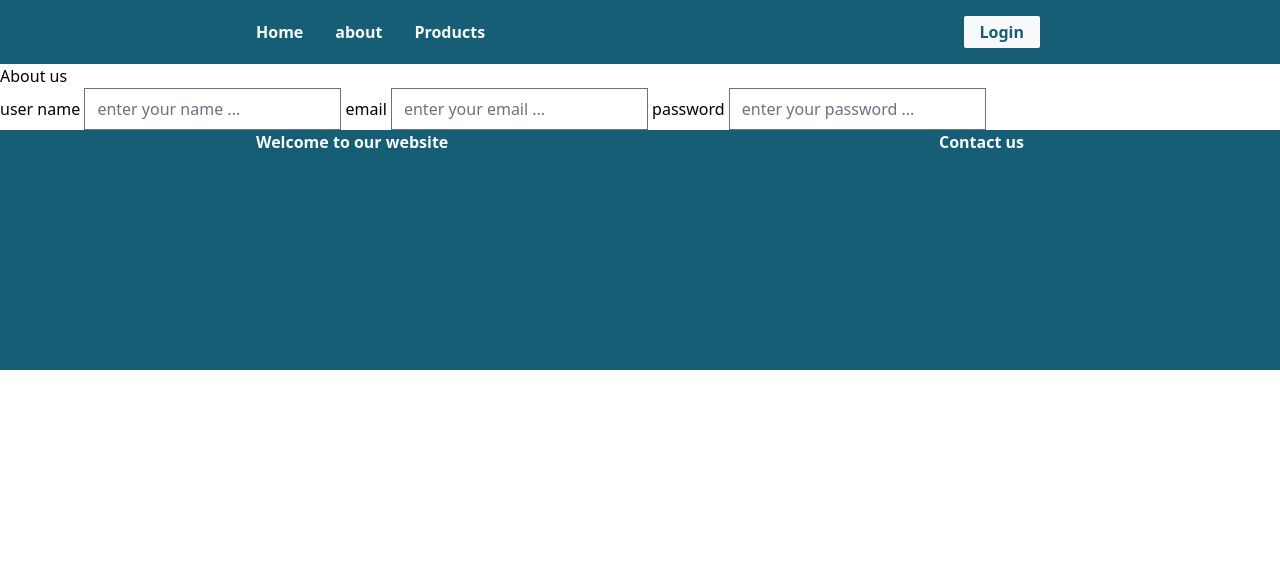
Repository: Sanaa00/svelte-test
Page: /About
These files come from the project's save history. The page is drawn as it stood at one moment and after the next save; the edit follows.
The browser window is 1280 px wide. The pictures show the whole page.
The project was rebuilt for these pictures with package versions that can differ from the ones it lists, and the page was loaded fresh each time. The framework's server and built-in components were replaced by stand-ins that run in the browser. Also part of the build but not shown: svelte.config.js, vite.config.js.

Above is the page before, as saved 2024-12-10 19:34:26.

After the next save:
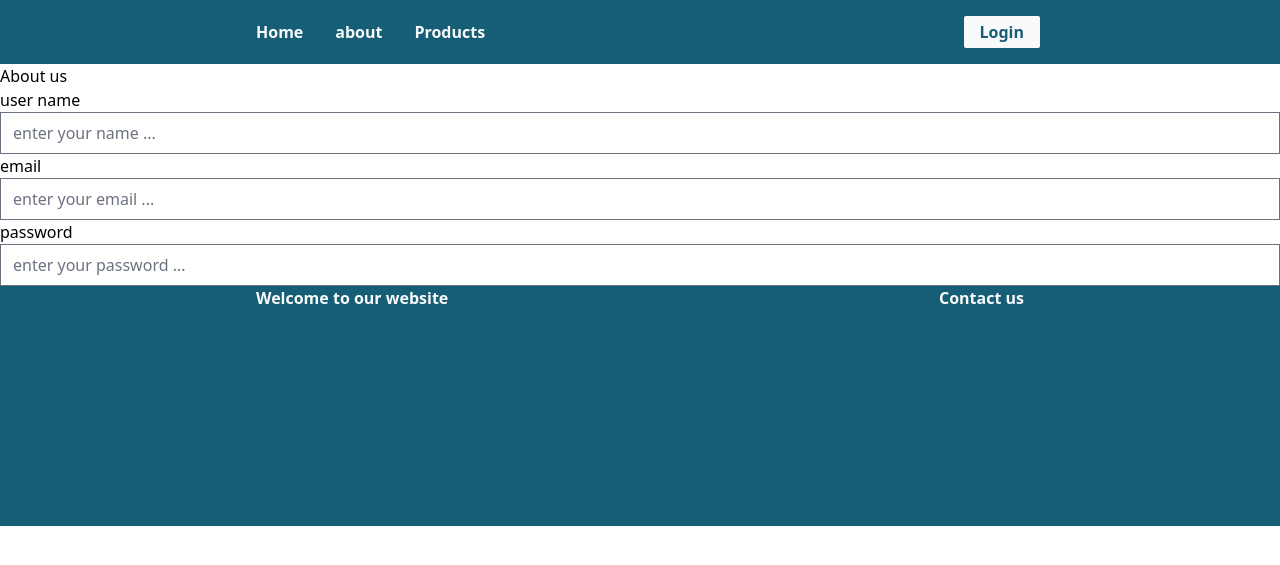
Saved 13 s later.
--- a/src/routes/About/+page.svelte
+++ b/src/routes/About/+page.svelte
@@ -1,7 +1,7 @@
 <div>
 	<p>About us</p>
 
-	<form>
+	<form class="flex flex-col">
 		<!-- svelte-ignore a11y_label_has_associated_control -->
 		<label>user name</label>
 		<input name="username" value="" placeholder="enter your name ..." />
